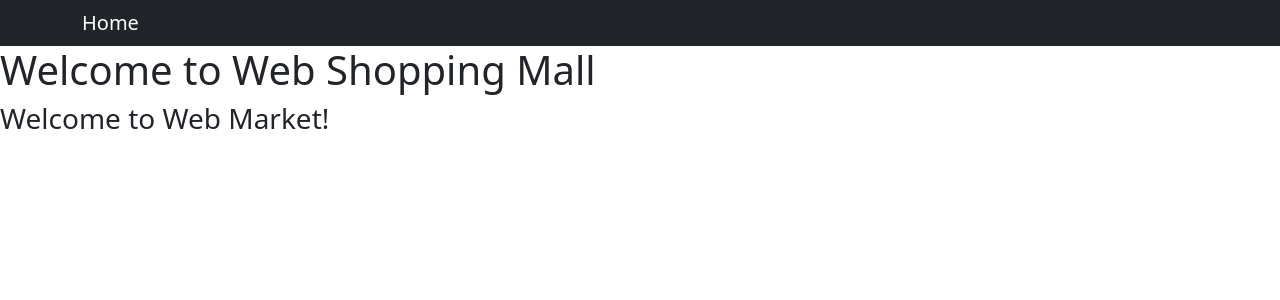
Repository: CheolHo-0428/JSP-Web-Programming
Page: http://localhost/WebMarket/welcome.jsp
These files come from the project's save history. The page is drawn as it stood at one moment and after the next save; the edit follows.
The browser window is 1280 px wide. The pictures show the whole page.
The page is served by Tomcat 9.

Above is the page before, as saved 2021-05-06 14:41:51.

After the next save:
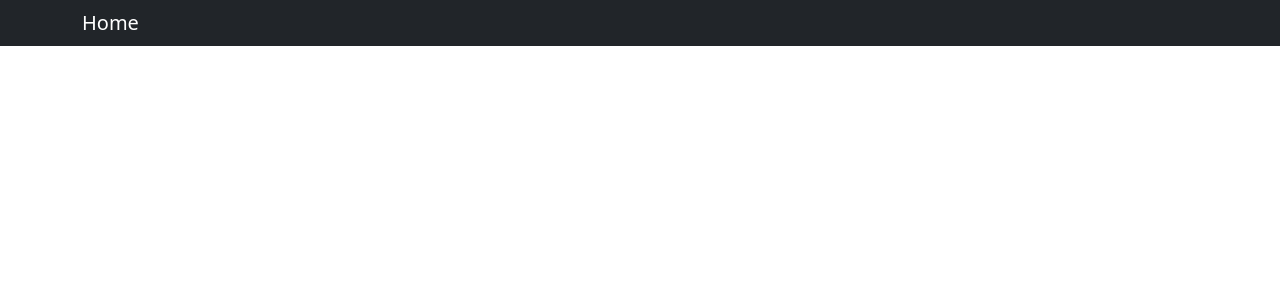
Saved 48 s later.
--- a/WebMarket/src/main/webapp/welcome.jsp
+++ b/WebMarket/src/main/webapp/welcome.jsp
@@ -17,13 +17,11 @@
 			</div>
 		</div>
 	</nav>
-
 	<%
 		String greeting = "Welcome to Web Shopping Mall";
 		String tagline = "Welcome to Web Market!";
 	%>
-	<h1><%= greeting %></h1>
-	<h3><%= tagline %></h3>
+
 
 
 </body>
